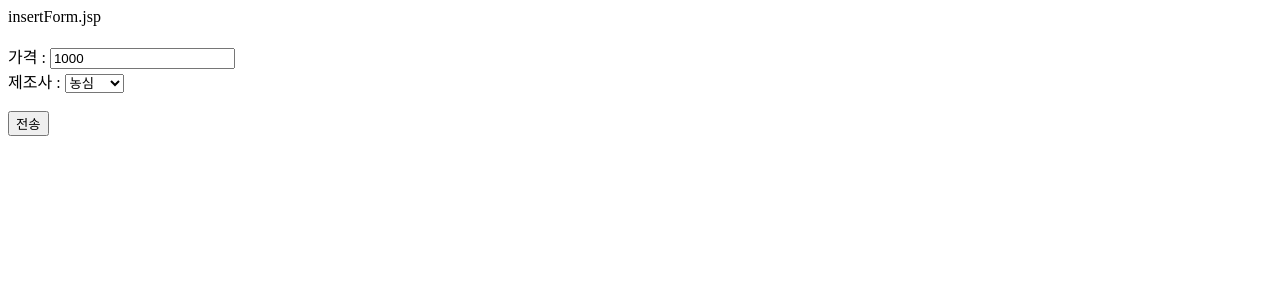
Repository: uj06134/Metabuild_JSP
Page: http://localhost/11_DB_Product/insertForm.jsp
These files come from the project's save history. The page is drawn as it stood at one moment and after a run of saves; the edit follows.
The browser window is 1280 px wide. The pictures show the whole page.
The page is served by Tomcat 9. Other server files are loaded and not shown.

Above is the page before, as saved 2025-09-17 03:10:19.

### 11_DB_Product/src/main/webapp/insertForm.jsp
<%@ page language="java" contentType="text/html; charset=UTF-8"
    pageEncoding="UTF-8"%>
insertForm.jsp<br>
<form method="post" action=">
<b>상품 정보 입력</b><br>
    상품명 : <input type="text" name="name" value="새우깡"><br>
    가격 : <input type="text" name="price" value="1000"><br>
    제조사 :
    <select name="company">
        <option value="농심">농심</option>
        <option value="해태">해태</option>
        <option value="오리온">오리온</option>
        <option value="롯데">롯데</option>
    </select>
    <br><br>
    <input type="submit" value="전송">
</form>

After the next 2 saves:
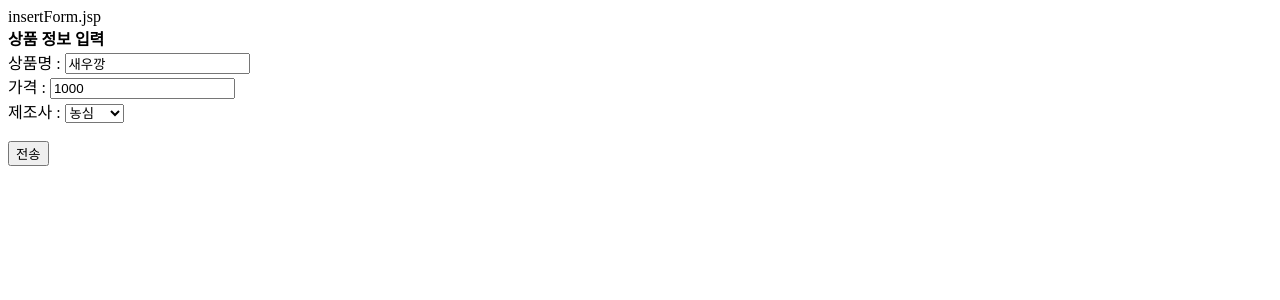
The 2 saves are shown as one change because they came seconds apart.
The last was saved 13 s later.
--- a/11_DB_Product/src/main/webapp/insertForm.jsp
+++ b/11_DB_Product/src/main/webapp/insertForm.jsp
@@ -1,7 +1,7 @@
 <%@ page language="java" contentType="text/html; charset=UTF-8"
     pageEncoding="UTF-8"%>
 insertForm.jsp<br>
-<form method="post" action=">
+<form method="post" action="">
 <b>상품 정보 입력</b><br>
     상품명 : <input type="text" name="name" value="새우깡"><br>
     가격 : <input type="text" name="price" value="1000"><br>
